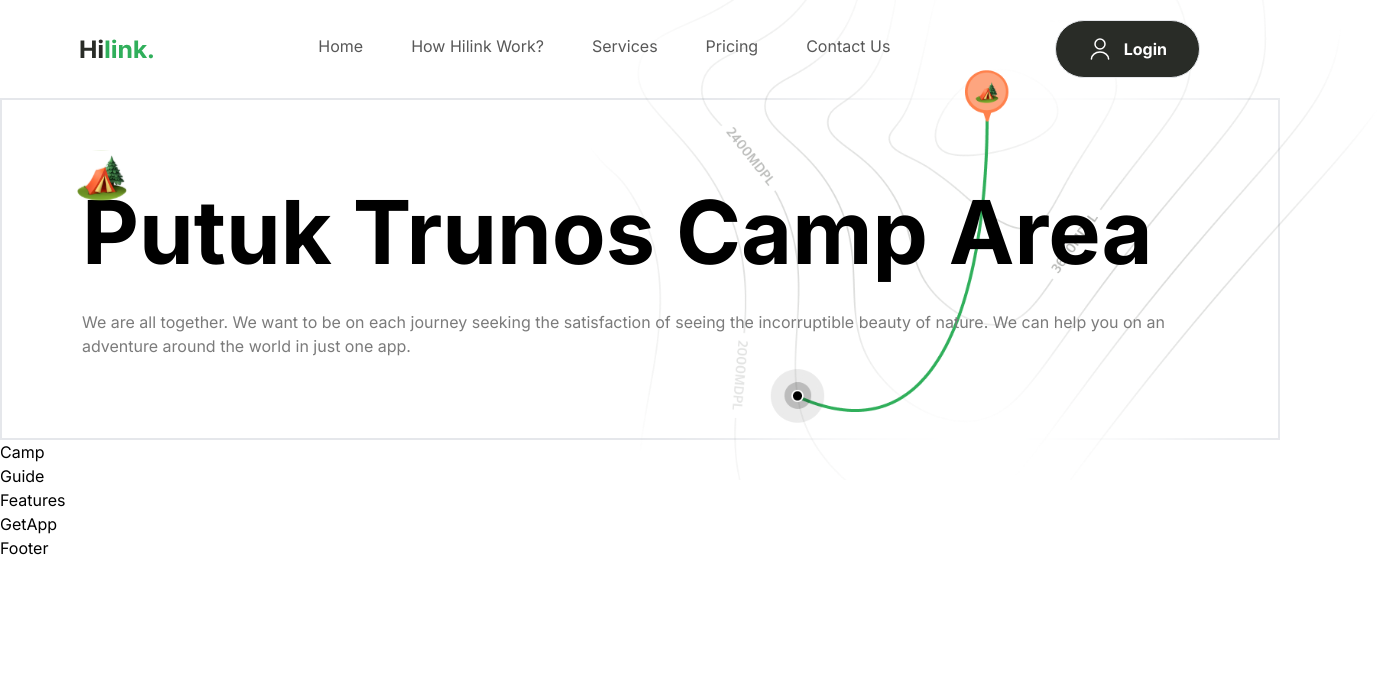
Repository: SouthpawC0der/Modern-reactsite
Page: /
These files come from the project's save history. The page is drawn as it stood at one moment and after the next save; the edit follows.
The browser window is 1280 px wide. The page is 1392 px wide, so the pictures cover 1392 px, including what lies to the right of the window. The pictures show the whole page.
The project was rebuilt for these pictures with package versions that can differ from the ones it lists, and the page was loaded fresh each time. The framework's server and built-in components were replaced by stand-ins that run in the browser. Also part of the build but not shown: next.config.ts.

Above is the page before, as saved 2025-01-30 11:09:57.

### app/layout.tsx
import type { Metadata } from "next";
import "./globals.css";
import Navbar from "@/components/Navbar";
import Footer from "@/components/Footer";

export default function RootLayout({
  children,
}: Readonly<{
  children: React.ReactNode;
}>) {
  return (
    <html lang="en">
      <body>
        <Navbar />
        <main className="relative-overflow-hidden">
        {children}
        </main>
        <Footer />
      </body>
    </html>
  );
}

### app/page.tsx
import Camp from "@/components/Camp";
import Features from "@/components/Features";
import GetApp from "@/components/GetApp";
import Guide from "@/components/Guide";
import Hero from "@/components/Hero";


export default function Home() {
  return (
    <>
    <Hero />
    <Camp />
    <Guide />
    <Features />
    <GetApp />
    </>
  );
}

### app/globals.css

@import url('https://fonts.googleapis.com/css2?family=Inter:wght@400;500;600;700;800&display=swap');

@tailwind base;
@tailwind components;
@tailwind utilities;

* {
  margin: 0;
  padding: 0;
  box-sizing: border-box;
}

body {
  font-family: Inter;
}

@layer utilities {
  .btn_white {
    @apply  border-white bg-white px-8 py-3 text-green-50
  }
  .btn_white_text  {
    @apply  border-white bg-white px-8 py-3 text-gray-90
  }
  .btn_green  {
    @apply  border-green-50 bg-green-50 px-8 py-5 text-white
  }
  .btn_dark_green {
    @apply  bg-green-90 px-8 py-4 text-white transition-all hover:bg-black
  }
  .btn_dark_green_outline  {
    @apply border-gray-20 bg-green-90 px-8 py-5 text-white
  }

  .max-container {
    @apply mx-auto max-w-[1440px];
  }

  .padding-container {
    @apply px-6 lg:px-20 3xl:px-0;
  }

  .flexCenter {
    @apply flex items-center justify-center;
  }

  .flexBetween {
    @apply flex items-center justify-between;
  }

  .flexStart {
    @apply flex items-center justify-start;
  }

  .flexEnd {
    @apply flex items-center justify-end;
  }

  /* FONTS */
  .regular-64 {
    @apply text-[64px] font-[400] leading-[120%];
  }

  .regular-40 {
    @apply text-[40px] font-[400] leading-[120%];
  }

  .regular-32 {
    @apply text-[32px] font-[400];
  }

  .regular-24 {
    @apply text-[24px] font-[400];
  }

  .regular-20 {
    @apply text-[20px] font-[400];
  }

  .regular-18 {
    @apply text-[18px] font-[400];
  }

  .regular-16 {
    @apply text-[16px] font-[400];
  }

  .regular-14 {
    @apply text-[14px] font-[400];
  }

  .medium-14 {
    @apply text-[14px] font-[600];
  }

  .bold-88 {
    @apply text-[88px] font-[700] leading-[120%];
  }

  .bold-64 {
    @apply text-[64px] font-[700] leading-[120%];
  }

  .bold-52 {
    @apply text-[52px] font-[700] leading-[120%];
  }

  .bold-40 {
    @apply text-[40px] font-[700] leading-[120%];
  }

  .bold-32 {
    @apply text-[32px] font-[700] leading-[120%];
  }

  .bold-20 {
    @apply text-[20px] font-[700];
  }

  .bold-18 {
    @apply text-[18px] font-[700];
  }

  .bold-16 {
    @apply text-[16px] font-[700];
  }

  /* Hero */
  .hero-map {
    @apply absolute right-0 top-0 h-screen w-screen bg-pattern-2 bg-cover bg-center md:-right-28 xl:-top-60;
  }

  /* Camp */
  .camp-quote {
    @apply absolute -right-6 bottom-4 w-[140px] lg:bottom-10 xl:-right-8 xl:w-[186px] 3xl:right-0;
  }

  /* Feature */
  .feature-phone {
    @apply absolute top-[13%] z-10 hidden max-w-[1500px] rotate-[15deg] md:-left-16 lg:flex  3xl:left-20;
  }

  /* Get App */
  .get-app {
    @apply max-container relative flex w-full  flex-col justify-between gap-32 overflow-hidden bg-green-90 bg-pattern bg-cover bg-center bg-no-repeat px-6 py-12 text-white sm:flex-row sm:gap-12 sm:py-24 lg:px-20 xl:max-h-[598px] 2xl:rounded-5xl;
  }
}

/* Hide scrollbar for Chrome, Safari and Opera */
.hide-scrollbar::-webkit-scrollbar {
  display: none;
}

/* Hide scrollbar for IE, Edge and Firefox */
.hide-scrollbar {
  -ms-overflow-style: none; /* IE and Edge */
  scrollbar-width: none; /* Firefox */
}

### components/Navbar.tsx
import { NAV_LINKS } from '@/constants'
import Image from 'next/image'
import Link from 'next/link'
import React from 'react'
import Button from './Button'

const Navbar = () => {
  return (
    <nav className='flexBetween max-container padding-container relative z-30 py-5'>
        <Link href="/">
          <Image src="/hilink-logo.svg" alt='logo' width={74} height={29} />
        </Link>

          <ul className='hidden h-full gap-12 lg:flex'>
             {NAV_LINKS.map((link) => (
                <Link href={link.href} key={link.key}
                className='regular-16 text-gray-50 flexCenter cursor-pointer pb-1.5 transition-all hover:font-bold'
                >
                    {link.label}
                </Link>
             ))}
          </ul>

          <div className='lg:flexCenter hidden'>
            <Button
            type='button'
            title='Login'
            icon='/user.svg'
            variant='btn_dark_green'
            />
          </div>

          <Image
          src='menu.svg'
          alt='menu'
          width={32}
          height={32}
          className='inline-block cursor-pointer lg:hidden'
          />
    </nav>
  )
}


export default Navbar

### components/Hero.tsx
import Image from 'next/image'
import React from 'react'

const Hero = () => {
  return (
    <section className='max-container padding-container flex flex-col gap-20 py-10 pb-32 md:gap-28
     lg:py-20 xl:flex-row border-2'>
        <div className='hero-map' />

        <div className='relative z-10 flex flex-1 flex-col xl:w-1/2'>
            <Image
            src='/camp.svg'
            alt='camp'
            width={50}
            height={50}
            className='absolute left-[-5px] top-[-30px] w-10 lg:w-[50px]'
             />
             <h1 className='bold-32 lg:bold-88'>Putuk Trunos Camp Area</h1>
             <p className='regular-16 mt-6 text-gray-30 xl:max-[520px]'>
                We are all together. We want to be on each journey seeking the
                satisfaction of seeing the incorruptible beauty of nature. We can
                help you on an adventure around the world in just one app.
             </p>
        </div>
    </section>
  )
}

export default Hero

### components/Button.tsx
import Image from 'next/image';
import React from 'react'

type ButtonProps = {
    type: 'button' | 'submit';
    title: string;
    icon?: string,
    variant: 'btn_dark_green'
}

const Button = ( {type, title, icon, variant }: ButtonProps) => {
  return (
    <button
    className={`flexCenter gap-3 rounded-full border ${variant}`}
    type={type}

    >
        {icon && <Image src={icon} alt={title} width={24} height={24} />}
        <label className='bold-16 whitespace-nowrap'>{title}</label>
    </button>
  )
}

export default Button

Loaded but not shown: components/Footer.tsx (common file); components/Camp.tsx (common file); components/Features.tsx (common file); components/GetApp.tsx (common file); components/Guide.tsx (common file); constants/index.ts (common file); tailwind.config.ts (common file)

After the next save:
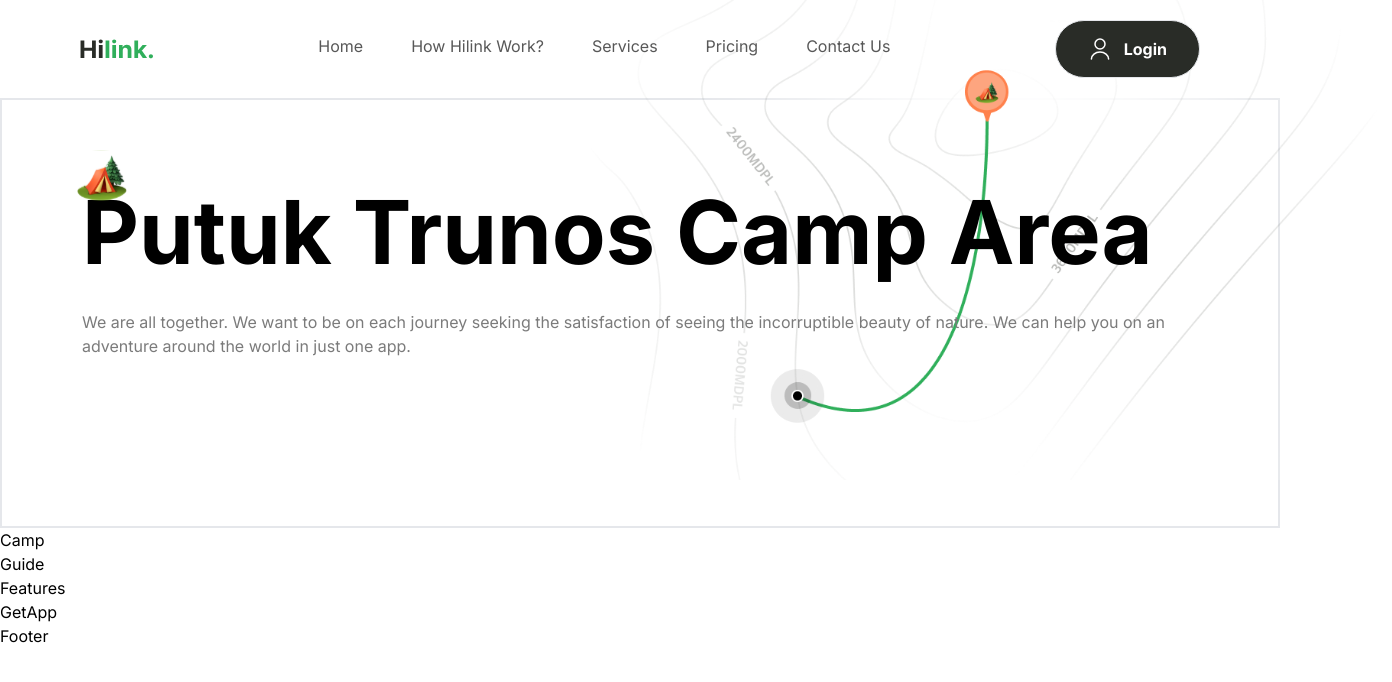
Saved 59 s later.
--- a/components/Hero.tsx
+++ b/components/Hero.tsx
@@ -21,6 +21,10 @@ const Hero = () => {
                 satisfaction of seeing the incorruptible beauty of nature. We can
                 help you on an adventure around the world in just one app.
              </p>
+
+             <div className='my-11 flex flex-wrap gap-5'>
+                <div className='flex items-center'></div>
+             </div>
         </div>
     </section>
   )
